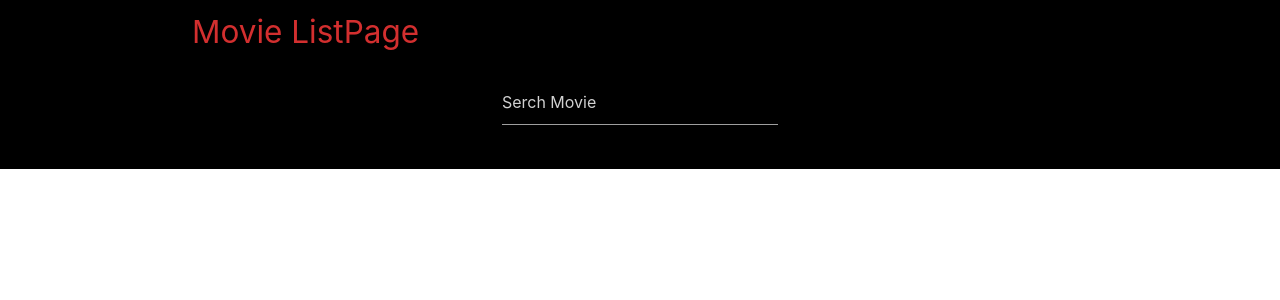
Repository: Reiya-1003/React-Ts-Node-App
Page: /
These files come from the project's save history. The page is drawn as it stood at one moment and after the next save; the edit follows.
The browser window is 1280 px wide. The pictures show the whole page.
The page's requests for data from a server got no answer. The project was rebuilt for these pictures with package versions that can differ from the ones it lists, and the page was loaded fresh each time. A package was used in the major version that the imports need, not the one package.json lists. No one was signed in, and anything a server would have sent is missing. Also part of the build but not shown: src/Styles.module.css, src/components/Detail.tsx.

Above is the page before, as saved 2021-11-18 11:29:49.

### public/index.html
<!DOCTYPE html>
<html lang="en">
  <head>
    <meta charset="utf-8" />
    <link rel="icon" href="%PUBLIC_URL%/favicon.ico" />
    <meta name="viewport" content="width=device-width, initial-scale=1" />
    <meta name="theme-color" content="#000000" />
    <meta
      name="description"
      content="Web site created using create-react-app"
    />
    <link rel="apple-touch-icon" href="%PUBLIC_URL%/logo192.png" />
    <!--
      manifest.json provides metadata used when your web app is installed on a
      user's mobile device or desktop. See https://developers.google.com/web/fundamentals/web-app-manifest/
    -->
    <link rel="manifest" href="%PUBLIC_URL%/manifest.json" />
    <link
      rel="stylesheet"
      href="https://cdnjs.cloudflare.com/ajax/libs/materialize/1.0.0/css/materialize.min.css"
    />
    <!--
      Notice the use of %PUBLIC_URL% in the tags above.
      It will be replaced with the URL of the `public` folder during the build.
      Only files inside the `public` folder can be referenced from the HTML.

      Unlike "/favicon.ico" or "favicon.ico", "%PUBLIC_URL%/favicon.ico" will
      work correctly both with client-side routing and a non-root public URL.
      Learn how to configure a non-root public URL by running `npm run build`.
    -->
    <title>React App</title>
  </head>
  <body>
    <noscript>You need to enable JavaScript to run this app.</noscript>
    <div id="root"></div>
    <!--
      This HTML file is a template.
      If you open it directly in the browser, you will see an empty page.

      You can add webfonts, meta tags, or analytics to this file.
      The build step will place the bundled scripts into the <body> tag.

      To begin the development, run `npm start` or `yarn start`.
      To create a production bundle, use `npm run build` or `yarn build`.
    -->
  </body>
</html>

### src/index.tsx
import React from "react";
import ReactDOM from "react-dom";

import App from "./components/App";

import reportWebVitals from "./reportWebVitals";

interface Props {
  sum: number;
  per: number;
  onChange: (e: { page: number }) => void;
}

ReactDOM.render(
  <React.StrictMode>
    <App />
  </React.StrictMode>,
  document.getElementById("root")
);

// If you want to start measuring performance in your app, pass a function
// to log results (for example: reportWebVitals(console.log))
// or send to an analytics endpoint. Learn more: https://bit.ly/CRA-vitals
reportWebVitals();

### src/components/App.tsx
import React, { createContext, useState } from "react";
import Nav from "./Nav";
import Seathbox from "./Searthbox";
import Detail from "./Detail";
import {
  BrowserRouter as Router,
  Switch,
  Route,
  BrowserRouter,
} from "react-router-dom";

export const MovieContext = createContext<any>([]);
export const SerchContext = createContext<any>("");
export const TotalContext = createContext<any>(0);
export const CurrentContext = createContext<any>(1);

interface Props {
  sum?: number;
  per?: number;
  onChange?: (e: { page: number }) => void;
}

export const App: React.FC<Props> = (props) => {
  const [movies, setMovies] = useState<any>([]);
  const [searchTerm, setSearchterm] = useState<any>("");
  const [totalResulte, setTotal] = useState<any>(0);
  const [currentPage, setCurrent] = useState<any>(1);

  const handlePaginate = (page: number) => {
    fetch(
      `https://api.themoviedb.org/3/search/movie?api_key=78eb03987f34d05d918381d81d8257fe&language=ja-JA&page=1&query=${searchTerm}&page=${page}`
    )
      .then((data) => data.json())
      .then((data) => {
        console.log(data);
        const newResult = data.results;
        const newCurrent = page;
        setMovies(newResult);
        setCurrent(newCurrent);
      });
  };

  return (
    <div className="App" style={{ backgroundColor: "black" }}>
      <Router>
        <Nav />
        <Switch>
          <MovieContext.Provider value={movies}>
            <SerchContext.Provider value={searchTerm}>
              <TotalContext.Provider value={totalResulte}>
                <CurrentContext.Provider value={currentPage}>
                  <Route path="/" exact component={Seathbox} />
                  <Route path="/detail/:item_id" exact component={Detail} />
                </CurrentContext.Provider>
              </TotalContext.Provider>
            </SerchContext.Provider>
          </MovieContext.Provider>
        </Switch>
      </Router>
    </div>
  );
};

export default App;

### src/components/Nav.tsx
import React from "react";

const Nav = () => {
  return (
    <nav className="black">
      <div className=".nav-wrapper container">
        <a href="" className="brand-logo ">
          <div className="red-text text-darken-2">Movie ListPage</div>
        </a>
      </div>
    </nav>
  );
};

export default Nav;

### src/components/Searthbox.tsx
import React, { useContext, useState, useEffect } from "react";
import {
  BrowserRouter as Router,
  Route,
  Link,
  Switch,
  useHistory,
  useParams,
} from "react-router-dom";
import {
  MovieContext,
  SerchContext,
  CurrentContext,
  TotalContext,
} from "./App";

import MuiPagination from "@material-ui/lab/Pagination";
import { withStyles } from "@material-ui/core/styles";

const Searthbox = ({ pageContext }: any) => {
  let Movie = useContext(MovieContext); //映画のコンテキスト
  const Search = useContext(SerchContext); //検索ボックス用のコンテキスト
  const [movies, setMovies] = useState<any>({}); //検索したワードの映画の表示に使う
  const [firstList, setFirstList] = useState<any>([]); //最初にアクセスした画面の映画の表示
  const [searchTerm, setSearchterm] = useState<string>(); //検索ワードが入る

  let [pageLinks, setLinks]: any = useState([]); //検索結果の映画のトータルページを数える
  const IMG_PATH = "https://image.tmdb.org/t/p/w1280"; //映画の画像のパスに使う
  const [page, setPage] = useState(1); //ページの個数を保存するその数だけページングを作る

  let newListItem = [];

  useEffect(() => {
    fetch(
      "https://api.themoviedb.org/3/movie/now_playing?api_key=78eb03987f34d05d918381d81d8257fe&language=ja&page=1"
    )
      .then((response) => {
        return response.json();
      })
      .then((firstdata) => {
        //取得したJSONデータの処理
        const newFirstlist = firstdata.results;
        setFirstList(newFirstlist);
        console.log(firstdata.results);
        console.log(firstList);
        Movie.push(newFirstlist);
      })
      .catch((error) => {
        //エラー発生時の処理
        console.log("error");
      });
  }, []); //最初に出てくる映画のリスト（時期によって変わる）

  const handleSubmit = (e: React.FormEvent<HTMLFormElement>) => {
    e.preventDefault();

    fetch(
      `https://api.themoviedb.org/3/search/movie?api_key=78eb03987f34d05d918381d81d8257fe&language=ja-JA&page=1&query=${searchTerm}`
    )
      .then((data) => data.json())
      .then((data) => {
        console.log(data);
        const newResult = data.results;

        setMovies(newResult);

        console.log(movies);
        Movie.shift();
        Movie.push(data.results);
        let newLinks = [];

        for (let i = 0; i < data.total_pages; i++) {
          newLinks.push(i + 1);
        }
        setLinks(newLinks);
        console.log(data.total_pages);
      });
  }; //検索するときのonSbmit

  const handleChange = (e: string | any) => {
    const newSerch = e.target.value;
    setSearchterm(newSerch);
    console.log(searchTerm);
  }; //入力した単語をserchTerm（検索ワード）にセットするonChange

  const handleChangePage = (
    event: React.ChangeEvent<unknown>,
    value: number
  ) => {
    event.preventDefault();
    const newValue = value;
    setPage(newValue);
    console.log(newValue); //リアルタイムでページ番号
    fetch(
      `https://api.themoviedb.org/3/search/movie?api_key=78eb03987f34d05d918381d81d8257fe&language=ja-JA&page=1&query=${searchTerm}&page=${newValue}`
    )
      .then((data) => data.json())
      .then((data) => {
        console.log(data);
        const newResult = data.results;

        Movie.shift();
        Movie.push(newResult);
        console.log(Movie[0]);
      });
  }; //ページ番号ごとの映画を表示するonChange

  return (
    // 検索ボックス
    <div className="container">
      <div className="row">
        <section className="col s4 offset-s4">
          <form action="" onSubmit={handleSubmit}>
            <div className="input-field">
              <input
                placeholder="Serch Movie"
                type="text"
                onChange={handleChange}
              />
            </div>
          </form>
        </section>
      </div>
      {/* 映画の一覧（２０件分）  */}
      <div className="container">
        <div className="row">
          <div className="col s12">
            {Movie.length === 0
              ? firstList.map((list: any, i: any) => {
                  return (
                    <div className="col s12 m6 l3" key={i}>
                      <div className="card">
                        <div className="card-image waves-effect waves-block waves-light">
                          <Link to={`/detail/${list.id}`}>
                            <img
                              src={IMG_PATH + list.poster_path}
                              alt="card image"
                              style={{ width: "100%", height: 360 }}
                            ></img>
                          </Link>
                        </div>
                      </div>
                    </div>
                  );
                })
              : Movie[0].map((list: any, i: any) => {
                  return (
                    <div className="col s12 m6 l3" key={i}>
                      <div className="card">
                        <div className="card-image waves-effect waves-block waves-light">
                          <Link to={`/detail/${list.id}`}>
                            <img
                              src={IMG_PATH + list.poster_path}
                              alt="card image"
                              style={{ width: "100%", height: 360 }}
                            ></img>
                          </Link>
                        </div>
                      </div>
                    </div>
                  );
                })}
          </div>
        </div>
      </div>
      {/* ページネーション */}
      <div>
        {Movie.length === 0 ? (
          <p></p>
        ) : (
          <div>
            <MuiPagination
              count={pageLinks.length}
              page={page}
              variant="outlined"
              color="primary"
              onChange={handleChangePage}
            />
            {/* <p>page：{page}</p> */}
          </div>
        )}
      </div>
    </div>
  );
};

export default Searthbox;

Loaded but not shown: src/reportWebVitals.ts (common file)

After the next save:
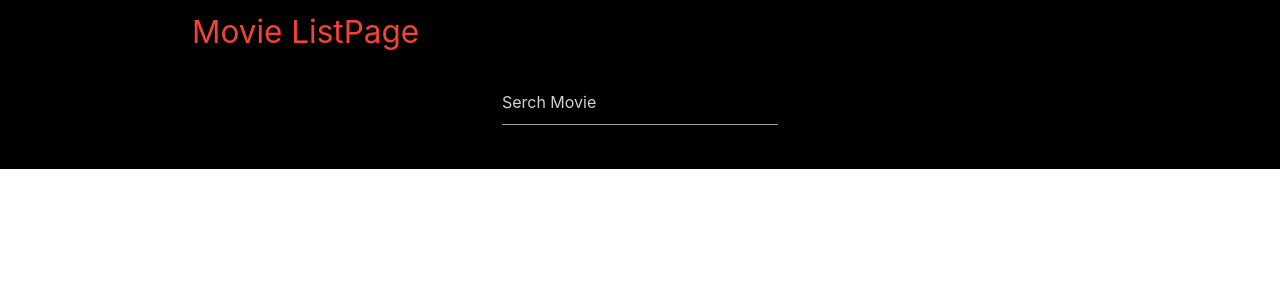
Saved 22 s later.
--- a/src/components/Nav.tsx
+++ b/src/components/Nav.tsx
@@ -5,7 +5,7 @@ const Nav = () => {
     <nav className="black">
       <div className=".nav-wrapper container">
         <a href="" className="brand-logo ">
-          <div className="red-text text-darken-2">Movie ListPage</div>
+          <div className="red-text text-red accent-4">Movie ListPage</div>
         </a>
       </div>
     </nav>
